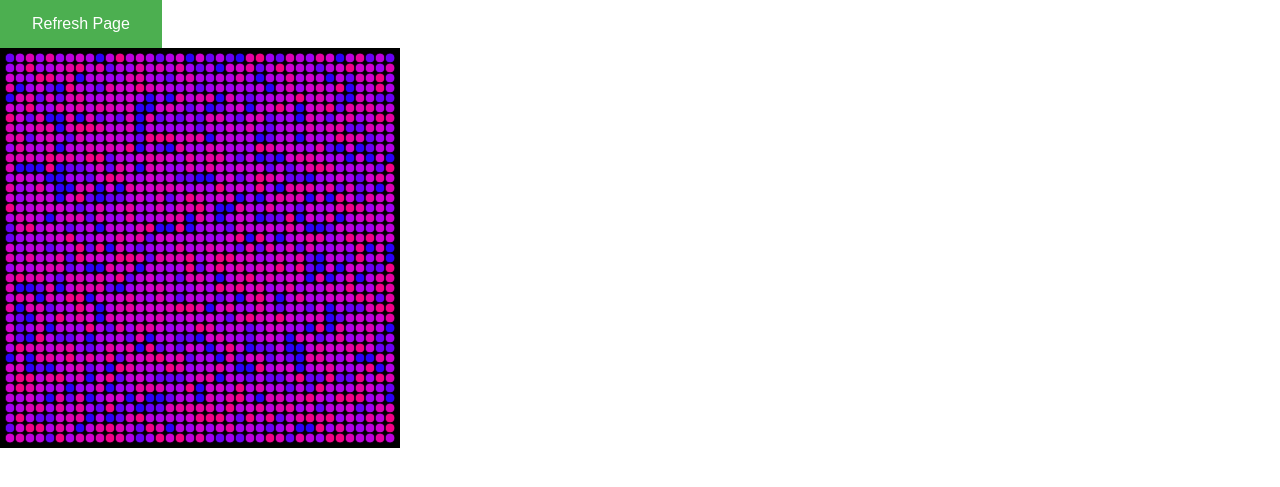
Repository: patriciqa/GenComp
Page: content/day02/pattern/index.html
The author's editor kept a copy of each file at every save. The page is drawn from the files as they stood at one save, then again after the next save.
The browser window is 1280 px wide. The pictures show the whole page.

Above is the page before, as saved 2021-09-30 11:14:31.

### content/day02/pattern/index.html
<!DOCTYPE html>
<html lang="en">
  <head>
    <meta charset="utf-8" />
    <meta name="viewport" content="width=device-width, initial-scale=1.0">

    <title>Sketch</title>

    <link rel="stylesheet" type="text/css" href="style.css">

    <script src="libraries/p5.min.js"></script>
    <script src="libraries/p5.sound.min.js"></script>
  </head>

  <body>
    <script src="circlePattern.js"></script>
    <button onclick="window.location.reload();">Refresh Page</button>
  </body>
</html>

### content/day02/pattern/style.css
html, body {
  margin: 0;
  padding: 0;
}

canvas {
  display: block;
}

button {
  background-color: #4CAF50; /* Green */
  border: none;
  color: white;
  padding: 15px 32px;
  text-align: center;
  text-decoration: none;
  display: inline-block;
  font-size: 16px;
}

### content/day02/pattern/circlePattern.js
// /* CSS HEX */
// --blue: #2d00f7ff;
// --electric-indigo: #6a00f4ff;
// --electric-violet: #8900f2ff;
// --purple-x-11: #a100f2ff;
// --purple-x-11-2: #b100e8ff;
// --electric-purple: #bc00ddff;
// --steel-pink: #d100d1ff;
// --steel-pink-2: #db00b6ff;
// --fashion-fuchsia: #e500a4ff;
// --magenta-process: #f20089ff;
let CSS_COLOR_NAMES = [
  '#2d00f7ff',
  '#6a00f4ff',
  '#a100f2ff',
  '#b100e8ff',
  '#bc00ddff',
  ' #d100d1ff',
  '#db00b6ff',
  '#e500a4ff',
  '#f20089ff'
];

let counter = 0
function setup() {
  createCanvas(400, 400);
  stroke(0)
  noLoop();
}

function draw() {
  background('black');

  for (let x = 10; x < width; x += 10) {
    for (let y = 10; y < height; y += 10) {
      stroke(0);
      let randomColor = CSS_COLOR_NAMES[Math.floor(Math.random()*CSS_COLOR_NAMES.length)];
      fill(randomColor);

      ellipse(x, y, 10, 10);
      counter++;
    }
  }
}

Loaded but not shown: content/day02/pattern/libraries/p5.min.js (library); content/day02/pattern/libraries/p5.sound.min.js (library)

After the next save:
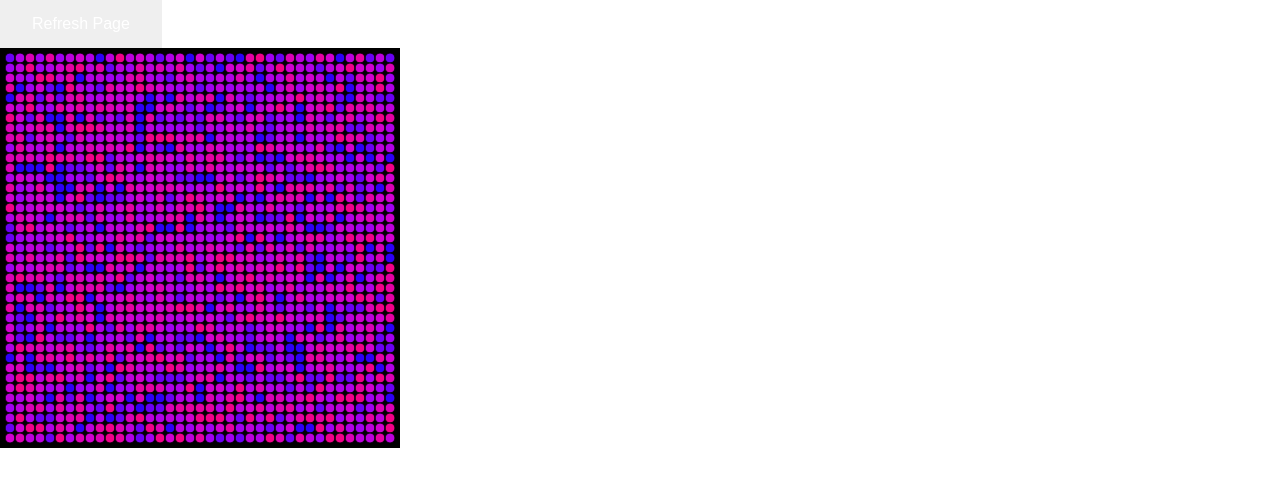
Saved 20 s later.
--- a/content/day02/pattern/style.css
+++ b/content/day02/pattern/style.css
@@ -8,7 +8,7 @@ canvas {
 }
 
 button {
-  background-color: #4CAF50; /* Green */
+  background-color: '#f20089ff'; /* Green */
   border: none;
   color: white;
   padding: 15px 32px;
